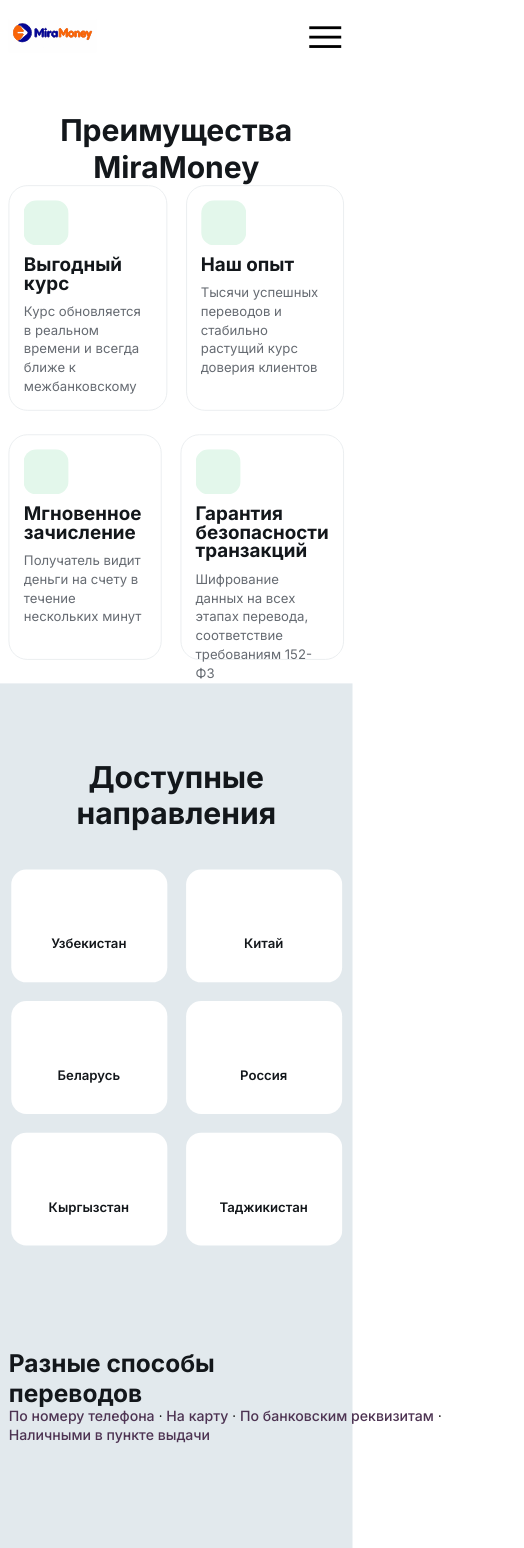
Repository: Shaiyr1/mira-money
Page: index.html
The author's editor kept a copy of each file at every save. The page is drawn from the files as they stood at one save, then again after the next save.
The browser window is 375 px wide. The page is 557 px wide, then 375 px, so the pictures cover 557 px, including what lies to the right of the window. The pictures show the whole page, at 94% of full size.

Above is the page before, as saved 2026-10-26 16:23:33.

After the next save:
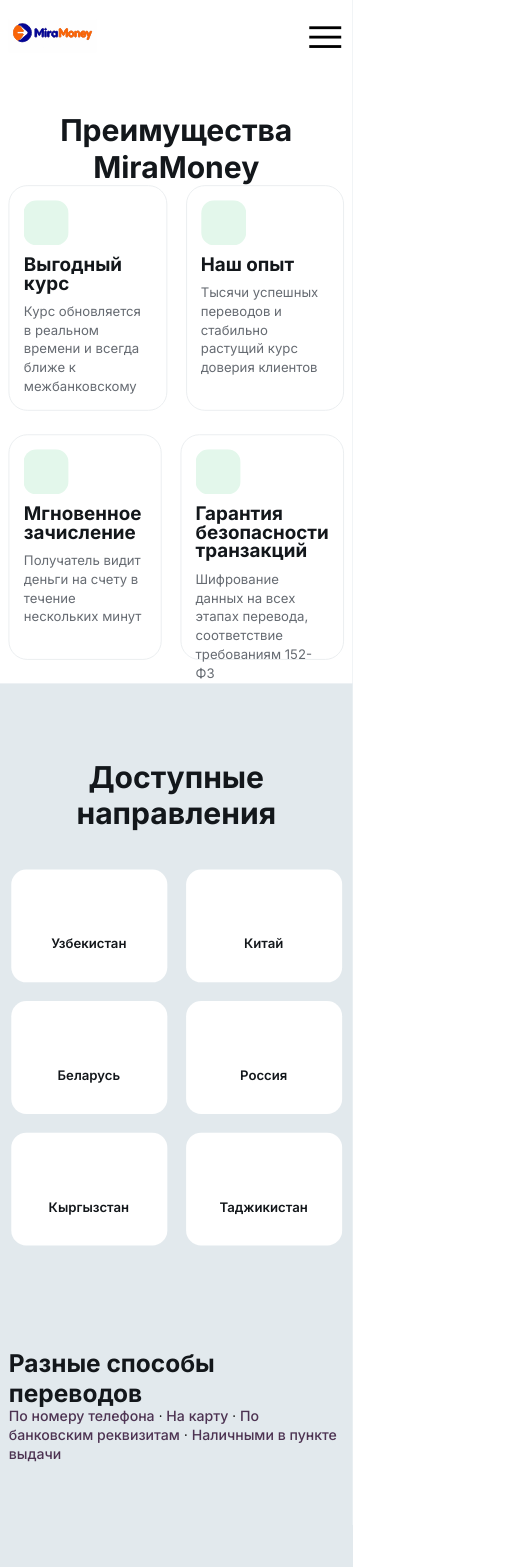
Saved 10 min 50 s later.
--- a/src/css/style.css
+++ b/src/css/style.css
@@ -309,4 +309,7 @@
     .description-items {
         flex-wrap: wrap;
     }
-}
+    .description__ways-subtitle {
+        width: auto;
+    }
+}
